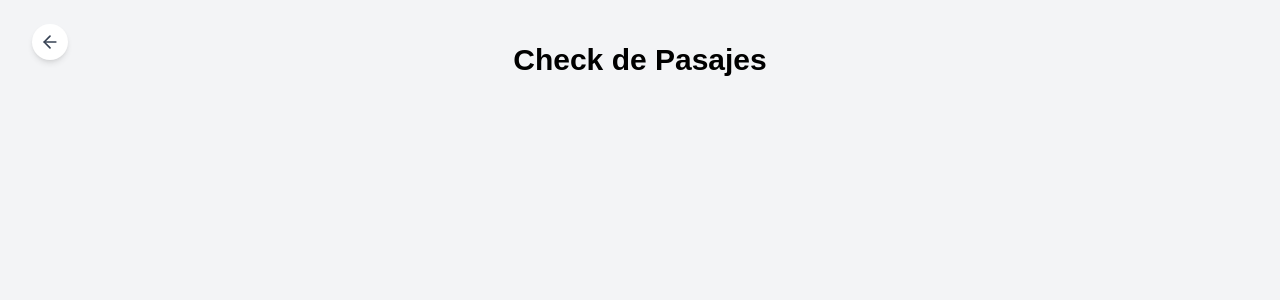
Repository: francoluca35/appcolectivos
Page: /checkpass
These files come from the project's save history. The page is drawn as it stood at one moment and after the next save; the edit follows.
The browser window is 1280 px wide. The pictures show the whole page.
The page's requests for data from a server got no answer. The project was rebuilt for these pictures with package versions that can differ from the ones it lists, and the page was loaded fresh each time. The framework's server and built-in components were replaced by stand-ins that run in the browser. No one was signed in, and anything a server would have sent is missing. Also part of the build but not shown: next.config.mjs.

Above is the page before, as saved 2025-03-28 15:11:54.

After the next save:
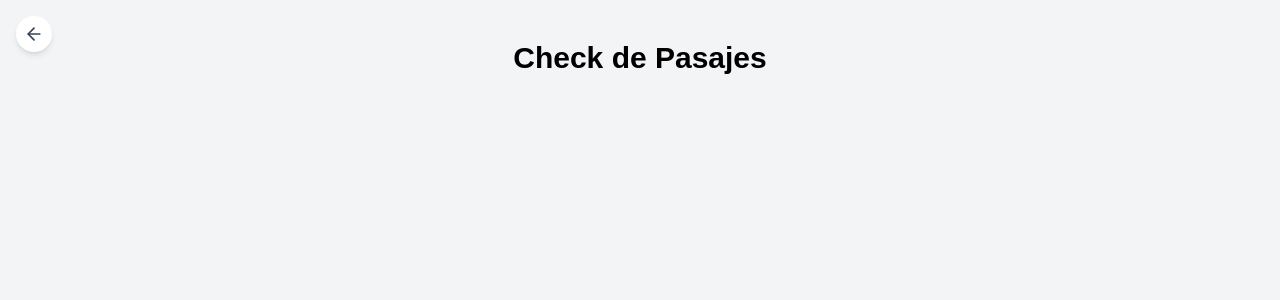
Saved 32 s later.
--- a/src/app/checkpass/page.js
+++ b/src/app/checkpass/page.js
@@ -6,22 +6,8 @@ import BackArrow from '../components/backArrow';
 export default function CheckPass() {
   return (
     <div className="min-h-screen bg-gray-100 py-10 px-4">
-    <div className="relative flex items-center justify-center mb-8 h-10">
-  {/* Flecha alineada a la izquierda y centrada verticalmente */}
-  <div className="absolute left-0 -top-1/2 -translate-y-1/2">
-    <button
-      className="transition transform hover:scale-110 active:scale-95 hover:-translate-x-1"
-      title="Volver"
-    >
-      <BackArrow />
-    </button>
-  </div>
-
-  {/* Título centrado */}
-  <h1 className="text-3xl font-bold text-black text-center leading-none">
-    Check de Pasajes
-  </h1>
-</div>
+        <BackArrow/>
+      <h1 className="text-3xl font-bold text-center mb-8 text-black">Check de Pasajes</h1>
 
       <Suspense fallback={<p className="text-center text-gray-500">Cargando lista de pasajeros...</p>}>
         <PasajerosLista />
